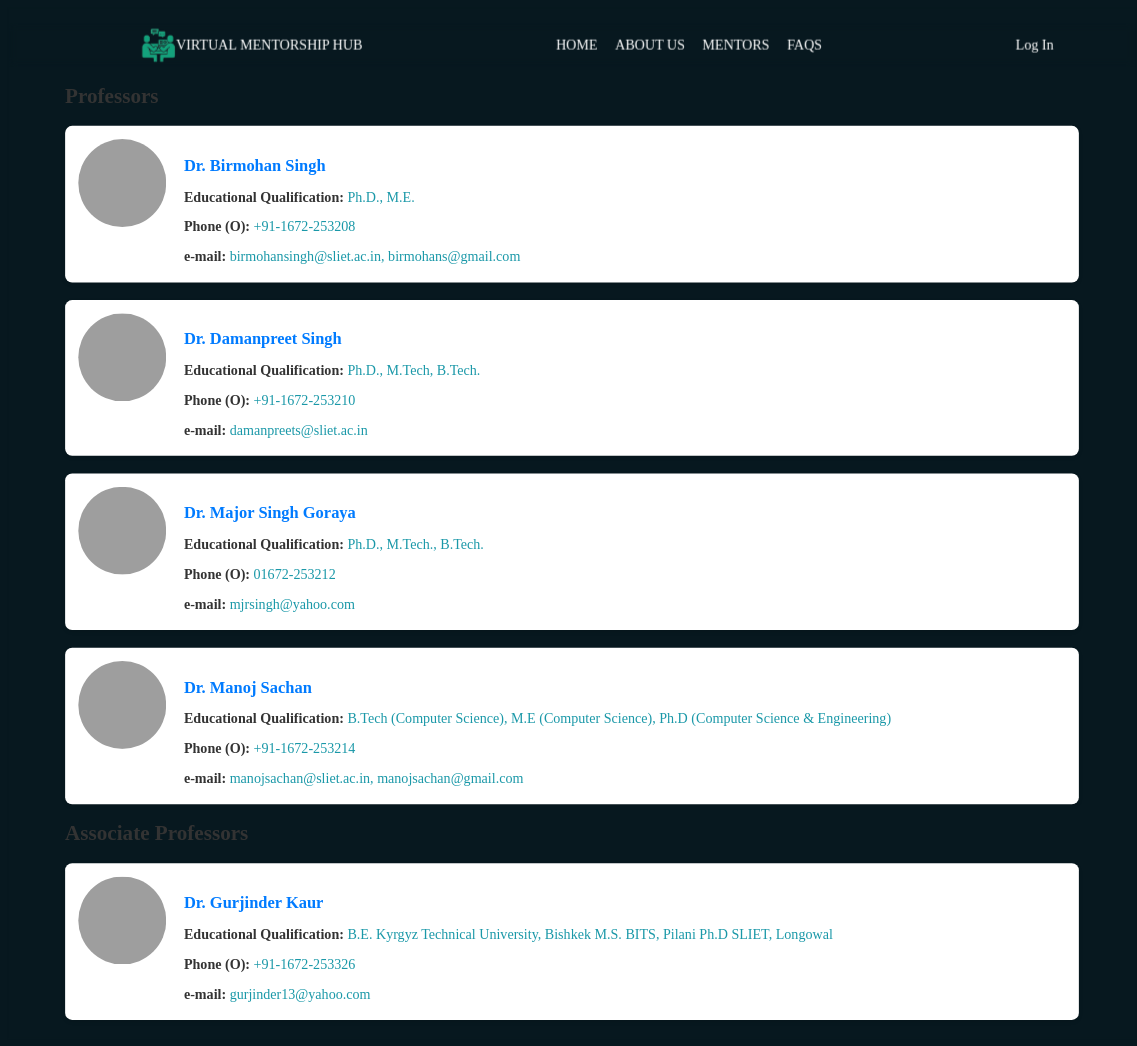
Repository: Anadi-Chauhan/Mentorship-binarybuddy
Page: Mentors.html
An editor plug-in stored every save of this project. The page is shown before and after the next save, followed by the edit.
The browser window is 1280 px wide. The page is 1292 px wide, so the pictures cover 1292 px, including what lies to the right of the window. The pictures show the whole page, at 88% of full size.
Pictures or frames that could not be fetched are drawn as grey boxes.

Above is the page before, as saved 2024-10-19 10:05:46.

### Mentors.html
<!DOCTYPE html>
<html lang="en">
<head>
    <meta charset="UTF-8">
    <meta name="viewport" content="width=device-width, initial-scale=1.0">
    <title>Document</title>
    <link rel="stylesheet" href="mentor.css">
</head>
<body>
    <div class="navbars">
        <ul class="navbar">
          <li class="logo">
            <img src="./Images/logo.png" alt="404" class="logo-img" /><a
              href="#"
              >VIRTUAL MENTORSHIP HUB</a
            >
          </li>
          <li><a href="./index.html">HOME</a></li>
          <li><a href="#">ABOUT US</a></li>
          <li><a href="#">MENTORS</a></li>
          <li><a href="#">FAQS</a></li>
          <li class="end"><a href="#">Log In</a></li>
        </ul>
      </div>
      <div class="container">
        <h2>Professors</h2>
        <div class="professor">
            <img src="path-to-image" alt="Dr. Birmohan Singh" class="prof-img">
            <div class="info">
                <h3>Dr. Birmohan Singh</h3>
                <p><strong>Educational Qualification:</strong> Ph.D., M.E.</p>
                <p><strong>Phone (O):</strong> +91-1672-253208</p>
                <p><strong>e-mail:</strong> birmohansingh@sliet.ac.in, birmohans@gmail.com</p>
            </div>
        </div>

        <div class="professor">
            <img src="path-to-image" alt="Dr. Damanpreet Singh" class="prof-img">
            <div class="info">
                <h3>Dr. Damanpreet Singh</h3>
                <p><strong>Educational Qualification:</strong> Ph.D., M.Tech, B.Tech.</p>
                <p><strong>Phone (O):</strong> +91-1672-253210</p>
                <p><strong>e-mail:</strong> damanpreets@sliet.ac.in</p>
            </div>
        </div>

        <div class="professor">
            <img src="path-to-image" alt="Dr. Major Singh Goraya" class="prof-img">
            <div class="info">
                <h3>Dr. Major Singh Goraya</h3>
                <p><strong>Educational Qualification:</strong> Ph.D., M.Tech., B.Tech.</p>
                <p><strong>Phone (O):</strong> 01672-253212</p>
                <p><strong>e-mail:</strong> mjrsingh@yahoo.com</p>
            </div>
        </div>

        <div class="professor">
            <img src="path-to-image" alt="Dr. Manoj Sachan" class="prof-img">
            <div class="info">
                <h3>Dr. Manoj Sachan</h3>
                <p><strong>Educational Qualification:</strong> B.Tech (Computer Science), M.E (Computer Science), Ph.D (Computer Science & Engineering)</p>
                <p><strong>Phone (O):</strong> +91-1672-253214</p>
                <p><strong>e-mail:</strong> manojsachan@sliet.ac.in, manojsachan@gmail.com</p>
            </div>
        </div>

        <h2>Associate Professors</h2>
        <div class="professor">
            <img src="path-to-image" alt="Dr. Gurjinder Kaur" class="prof-img">
            <div class="info">
                <h3>Dr. Gurjinder Kaur</h3>
                <p><strong>Educational Qualification:</strong> B.E. Kyrgyz Technical University, Bishkek M.S. BITS, Pilani Ph.D SLIET, Longowal</p>
                <p><strong>Phone (O):</strong> +91-1672-253326</p>
                <p><strong>e-mail:</strong> gurjinder13@yahoo.com</p>
            </div>
        </div>
    </div>
</body>
</html>

### mentor.css
body{
    width: 100%;
    border: 2px solid color(srgb 0.0264 0.0958 0.1204);
    background-color: color(srgb 0.0264 0.0958 0.1204);
}
.navbars{
    -webkit-backdrop-filter: blur(5px);
    backdrop-filter: blur(5px);
    top: 0px;
    position: sticky;
    z-index: 10;
}
.navbar{
    display: flex;
    align-items: center;
    margin-left: 100px;
    position: sticky;
    height: 50px;
}
.logo{
    margin-right: 200px;
    display: flex;
    justify-content: center;
    align-items: center;
}
.logo-img{
    height: 40px;
    width: 40px;
}
.end{
    margin-left: 200px;
}
.navbar li{
    list-style: none;
    padding: 10px;
}
.navbar li a{
    color: white;
    text-decoration: none;
    transition: transform 0.3s;
}
.navbar li a:hover{
    text-decoration: underline;
    color: aqua;
}

.container {
    width: 90%;
    margin: 0 auto;
    max-width: 1200px;
}

h2 {
    color: #333;
    margin-bottom: 20px;
}

.professor {
    display: flex;
    align-items: flex-start;
    background-color: #fff;
    padding: 15px;
    margin-bottom: 20px;
    border-radius: 8px;
    box-shadow: 0 2px 5px rgba(0, 0, 0, 0.1);
}

.prof-img {
    width: 100px;
    height: 100px;
    object-fit: cover;
    border-radius: 50%;
    margin-right: 20px;
}

.info h3 {
    margin-bottom: 10px;
    color: #007BFF;
}

.info p {
    margin-bottom: 5px;
    color: #1a98a8;
}

.info strong {
    color: #333;
}

After the next save:
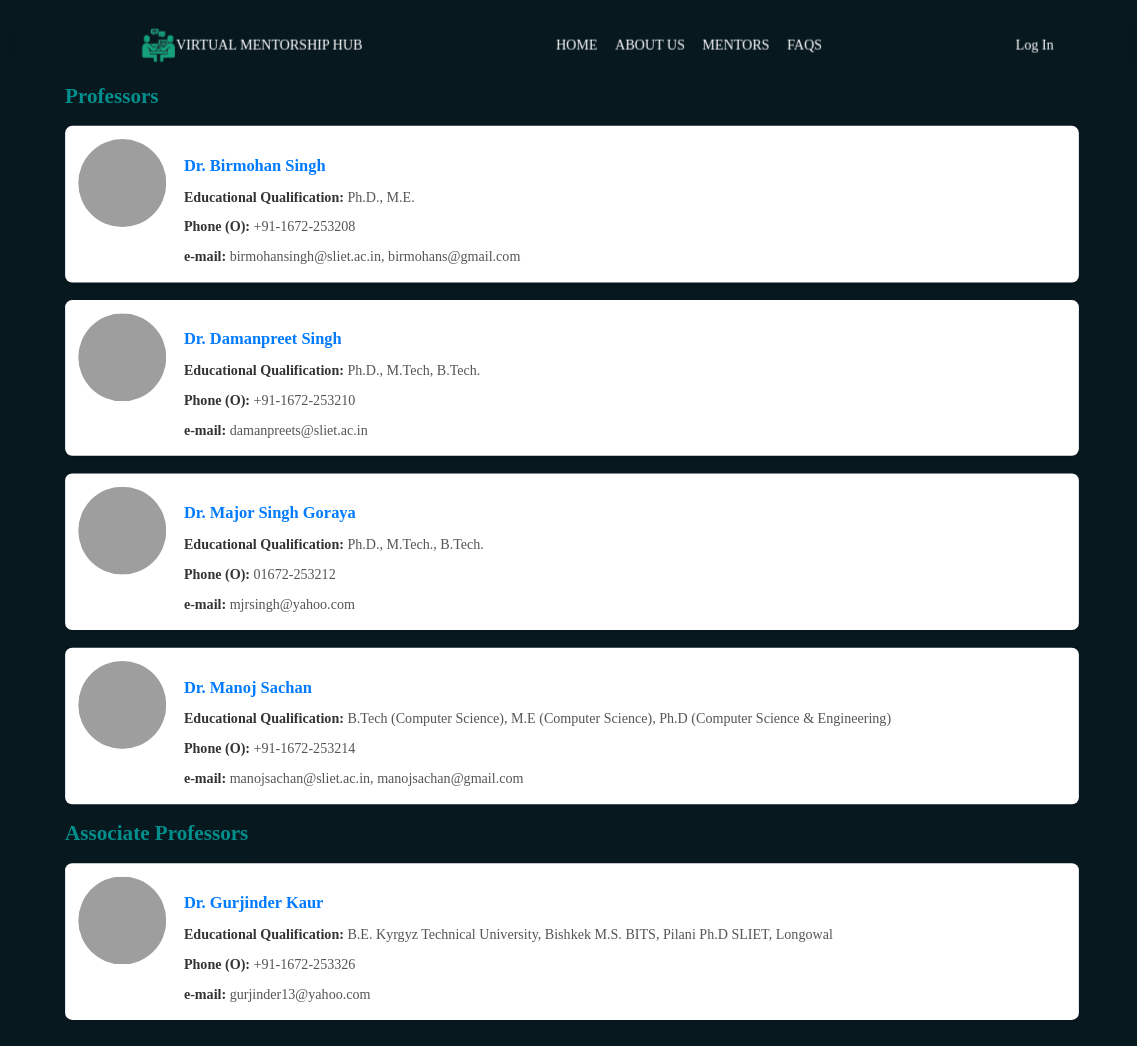
Saved 33 s later.
--- a/mentor.css
+++ b/mentor.css
@@ -51,7 +51,7 @@ body{
 }
 
 h2 {
-    color: #333;
+    color: #008f8c;
     margin-bottom: 20px;
 }
 
@@ -80,7 +80,7 @@ h2 {
 
 .info p {
     margin-bottom: 5px;
-    color: #1a98a8;
+    color: #555555;
 }
 
 .info strong {
